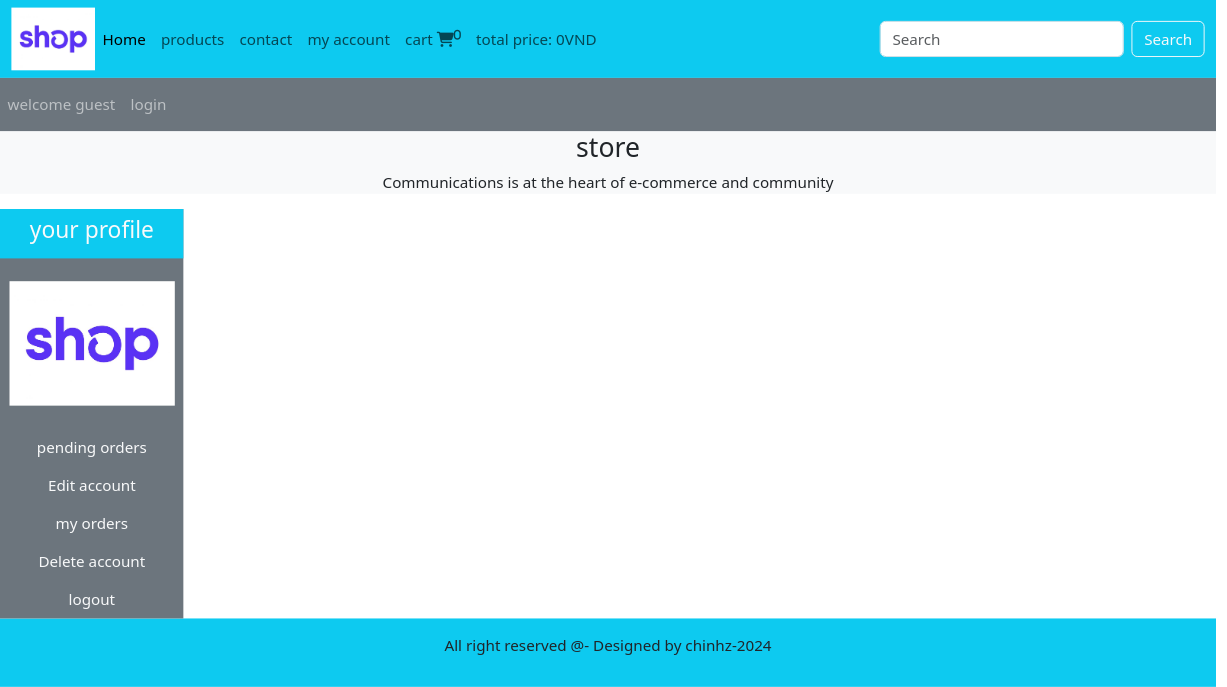
Repository: hahuuchinh2501/ecommerce_web
Page: http://localhost/users_area/profile.php?edit_account
These files come from the project's save history. The page is drawn as it stood at one moment and after the next save; the edit follows.
The browser window is 1280 px wide. The page is 1292 px wide, so the pictures cover 1292 px, including what lies to the right of the window. The pictures show the whole page, at 95% of full size.
The page is run by PHP 8.4 with error messages shown; the project is at /var/www/html/. Queries for data that is not in the repository find no rows.

Above is the page before, as saved 2025-03-03 15:32:21.

### users_area/profile.php
<?php
include('../includes/connect.php');
include('../functions/common_function.php');
session_start();
?>



<!DOCTYPE html>
<html lang="en">

<head>
    <meta charset="UTF-8">
    <meta name="viewport" content="width=device-width, initial-scale=1.0">
    <title>welcome profile</title>
    <link href="https://cdn.jsdelivr.net/npm/bootstrap@5.3.3/dist/css/bootstrap.min.css" rel="stylesheet"
        integrity="sha384-QWTKZyjpPEjISv5WaRU9OFeRpok6YctnYmDr5pNlyT2bRjXh0JMhjY6hW+ALEwIH" crossorigin="anonymous">
    <link rel="stylesheet" href="https://cdnjs.cloudflare.com/ajax/libs/font-awesome/6.5.2/css/all.min.css"
        integrity="sha512-SnH5WK+bZxgPHs44uWIX+LLJAJ9/2PkPKZ5QiAj6Ta86w+fsb2TkcmfRyVX3pBnMFcV7oQPJkl9QevSCWr3W6A=="
        crossorigin="anonymous" referrerpolicy="no-referrer" />
    <link rel="stylesheet" href="../style.css">

</head>
<style>
    body {
        overflow-x: hidden;
    }
    .profile-img {
        width: 90%;
        height: 100%;
        margin: auto;
        display: block;

    }
</style>

<body>
    <!-- navbar -->
    <div class="container-fluid p-0">
        <nav class="navbar navbar-expand-lg bg-info">
            <div class="container-fluid">
                <img src="../images/shop.jpg" alt="" class="logo">
                <button class="navbar-toggler" type="button" data-bs-toggle="collapse"
                    data-bs-target="#navbarSupportedContent" aria-controls="navbarSupportedContent"
                    aria-expanded="false" aria-label="Toggle navigation">
                    <span class="navbar-toggler-icon"></span>
                </button>
                <div class="collapse navbar-collapse" id="navbarSupportedContent">
                    <ul class="navbar-nav me-auto mb-2 mb-lg-0">
                        <li class="nav-item">
                            <a class="nav-link active" aria-current="page" href="../index.php">Home</a>
                        </li>
                        <li class="nav-item">
                            <a class="nav-link" href="../display_all.php">products</a>
                        </li>
                        <li class="nav-item">
                            <a class="nav-link" href="#">contact</a>
                        </li>
                        <li class="nav-item">
                            <a class="nav-link" href="profile.php">my account</a>
                        </li>
                        <li class="nav-item">
                            <a class="nav-link" href="../cart.php">cart <i
                                    class="fa-solid fa-cart-shopping"><sup><?php cart_item(); ?></sup></i></a>
                        </li>
                        <li class="nav-item">
                            <a class="nav-link" href="#">total price: <?php total_cart_price(); ?>VND </a>
                        </li>
                    </ul>
                    <form class="d-flex" role="search" action="../search_product.php" method="get">
                        <input class="form-control me-2" type="search" placeholder="Search" aria-label="Search"
                            name="search_data">
                        <!-- <button class="btn btn-outline-success" type="submit">Search</button> -->
                        <input type="submit" value="Search" class="btn btn-outline-light" name="search_data_product">
                    </form>
                </div>
            </div>
        </nav>

        <!-- call function cart -->
        <?php
        cart();
        ?>

        <nav class="navbar navbar-expand-lg navbar-dark bg-secondary">
            <ul class="navbar-nav me-auto">

                <?php
                if (!isset($_SESSION['username'])) {
                    echo "   <li class='nav-item'>
                            <a class='nav-link' href='#'>welcome guest</a>
                        </li>";
                } else {
                    echo "    <li class='nav-item'>
                            <a class='nav-link' href='#'>welcome " . $_SESSION['username'] . "</a>
                        </li>";
                }


                if (!isset($_SESSION['username'])) {
                    echo "  <li class='nav-item'>
                    <a class='nav-link' href='./users_area/user_login.php'>login</a>
                </li>";
                } else {
                    echo "  <li class='nav-item'>
                    <a class='nav-link' href='./users_area/logout.php'>logout</a>
                </li>";
                }
                ?>

            </ul>
        </nav>
        <div class="bg-light">
            <h3 class="text-center">store</h3>
            <p class="text-center">Communications is at the heart of e-commerce and community</p>
        </div>

       <div class="row">
            <div class="col-md-2 ">
                <ul class="navbar-nav bg-secondary text-center">
                    <li class="nav-item bg-info">
                        <a class="nav-link text-light" href="#"><h4>your profile</h4></a>
                    </li>
                     <li class="nav-item">
                        <img src="../images/shop.jpg" class="profile-img my-4" alt="">
                    </li>
                    <li class="nav-item">
                        <a class="nav-link text-light" href="#">pending orders</a>
                    </li>
                    <li class="nav-item ">
                        <a class="nav-link text-light" href="#">Edit account</a>
                    </li>
                    <li class="nav-item ">
                        <a class="nav-link text-light" href="#">my orders</a>
                    </li>
                     <li class="nav-item ">
                        <a class="nav-link text-light" href="#">Delete account</a>
                    </li>

                     <li class="nav-item ">
                        <a class="nav-link text-light" href="#">logout</a>
                    </li>


                </ul>
            </div>
            <div class="col-md-10">

            </div>
       </div>

        <!-- include footer  -->
        <?php
        include("../includes/footer.php")
            ?>
    </div>

    <script src="https://cdn.jsdelivr.net/npm/bootstrap@5.3.3/dist/js/bootstrap.bundle.min.js"
        integrity="sha384-YvpcrYf0tY3lHB60NNkmXc5s9fDVZLESaAA55NDzOxhy9GkcIdslK1eN7N6jIeHz"
        crossorigin="anonymous"></script>
</body>

</html>

### includes/connect.php
<?php

$con = mysqli_connect('127.0.0.1:3316', 'root', '123', 'myshop');
if (!$con) {
    die(mysqli_error($con));
}


?>

### includes/footer.php
<div class="bg-info p-3 text-center">
    <p>All right reserved @- Designed by chinhz-2024</p>
</div>

### style.css
* {
    margin: 0;
    padding: 0;
    box-sizing: border-box;

}


.logo {
    width: 7%;
    height: 7%;
}

     .card-img-top {
            height: 360px; /* Đặt chiều cao cố định */
            object-fit: cover; /* Đảm bảo hình ảnh vừa khung và không bị biến dạng */
        }

.cart_img {
    width:50px;
    height:50px;
}

Loaded but not shown: functions/common_function.php (382 lines, source omitted)

After the next save:
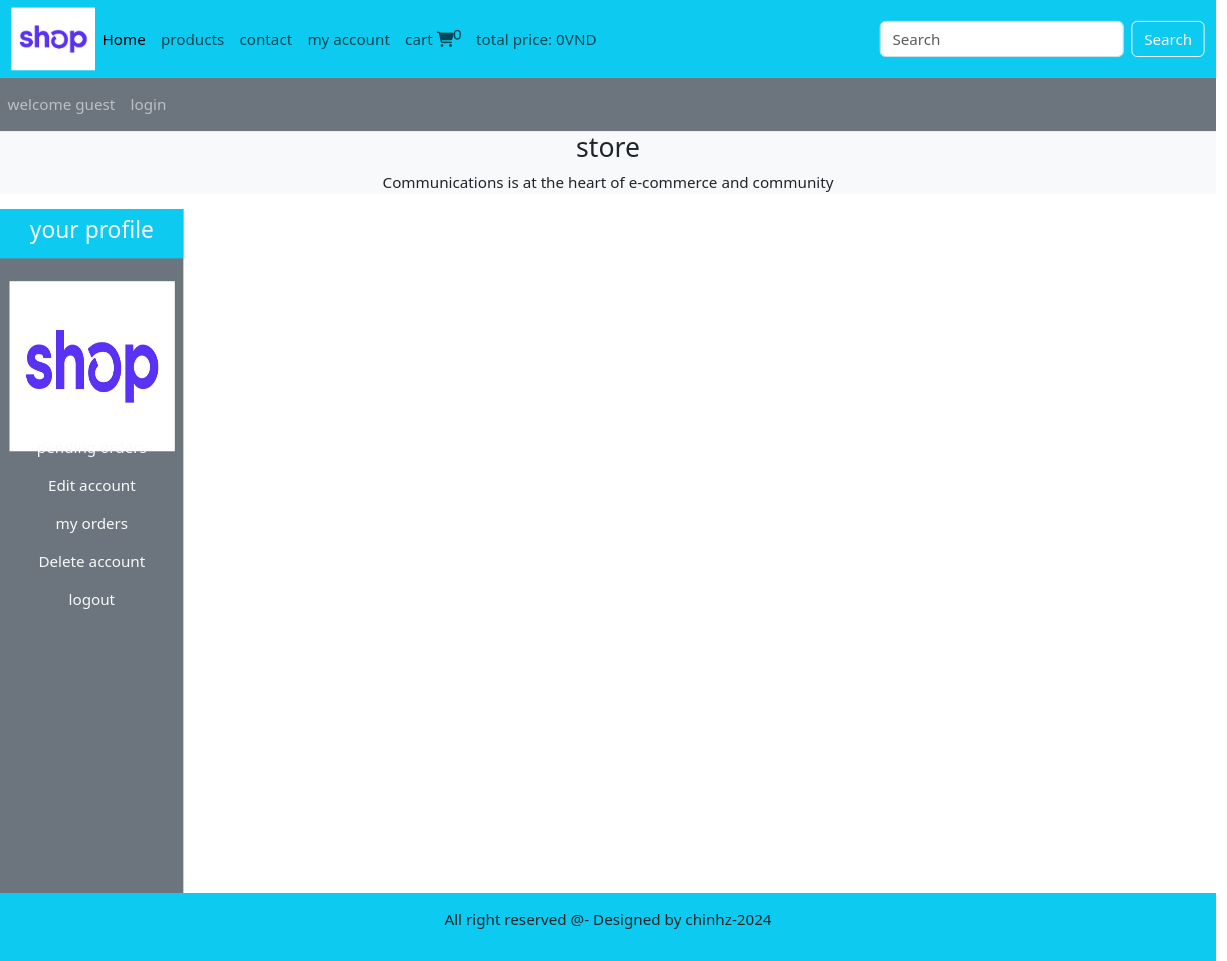
Saved 81 s later.
--- a/users_area/profile.php
+++ b/users_area/profile.php
@@ -117,7 +117,7 @@
 
        <div class="row">
             <div class="col-md-2 ">
-                <ul class="navbar-nav bg-secondary text-center">
+                <ul class="navbar-nav bg-secondary text-center" style="height: 100vh">
                     <li class="nav-item bg-info">
                         <a class="nav-link text-light" href="#"><h4>your profile</h4></a>
                     </li>

After the save that followed:
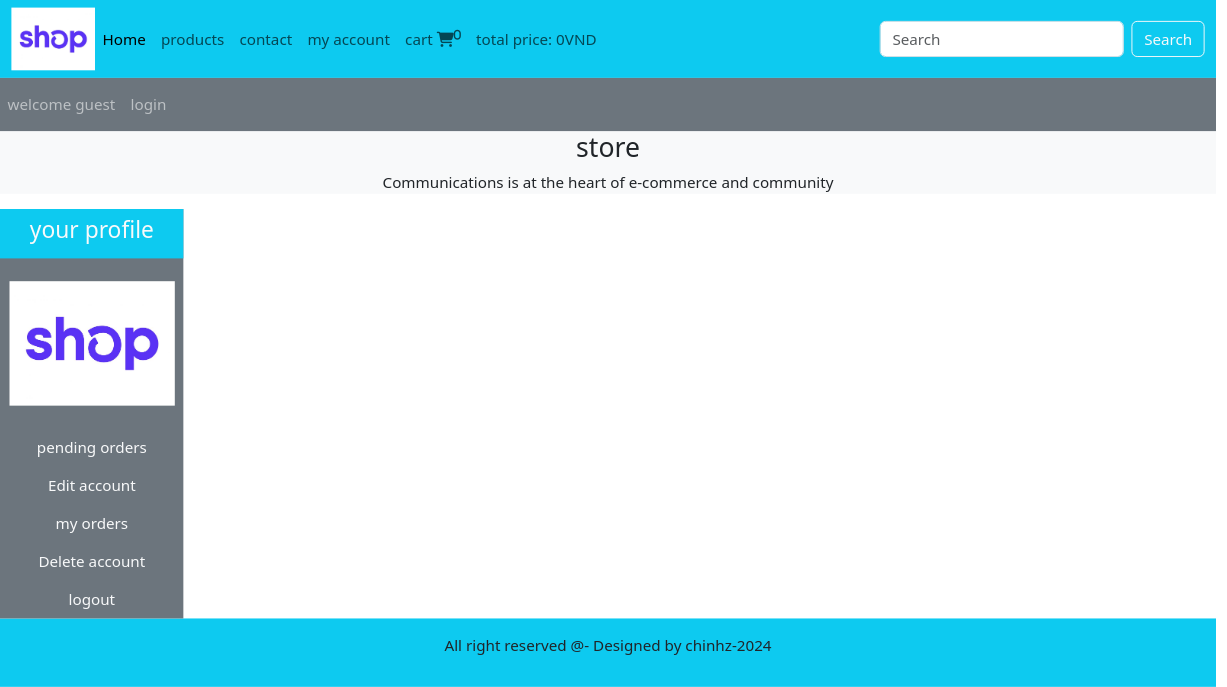
Saved 72 s later.
--- a/users_area/profile.php
+++ b/users_area/profile.php
@@ -117,7 +117,7 @@
 
        <div class="row">
             <div class="col-md-2 ">
-                <ul class="navbar-nav bg-secondary text-center" style="height: 100vh">
+                <ul class="navbar-nav bg-secondary text-center">
                     <li class="nav-item bg-info">
                         <a class="nav-link text-light" href="#"><h4>your profile</h4></a>
                     </li>
